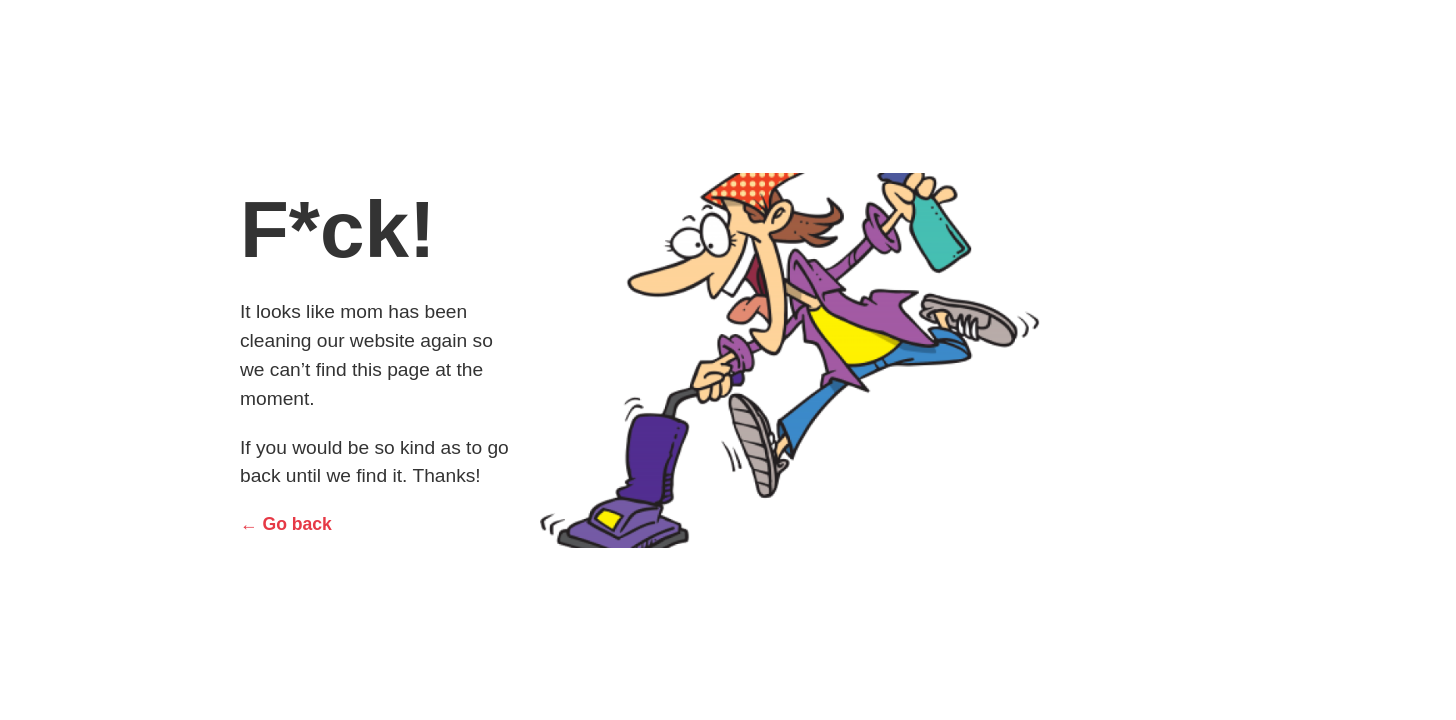
Repository: Davidobi21/macelect
Page: frontend/pages/404.html
An editor plug-in stored every save of this project. The page is shown before and after the next save, followed by the edit.
The browser window is 1280 px wide. The page is 1280 px wide, then 1456 px, so the pictures cover 1456 px, including what lies to the right of the window. The pictures show the whole page.

Above is the page before, as saved 2025-05-01 05:40:43.

After the next save:
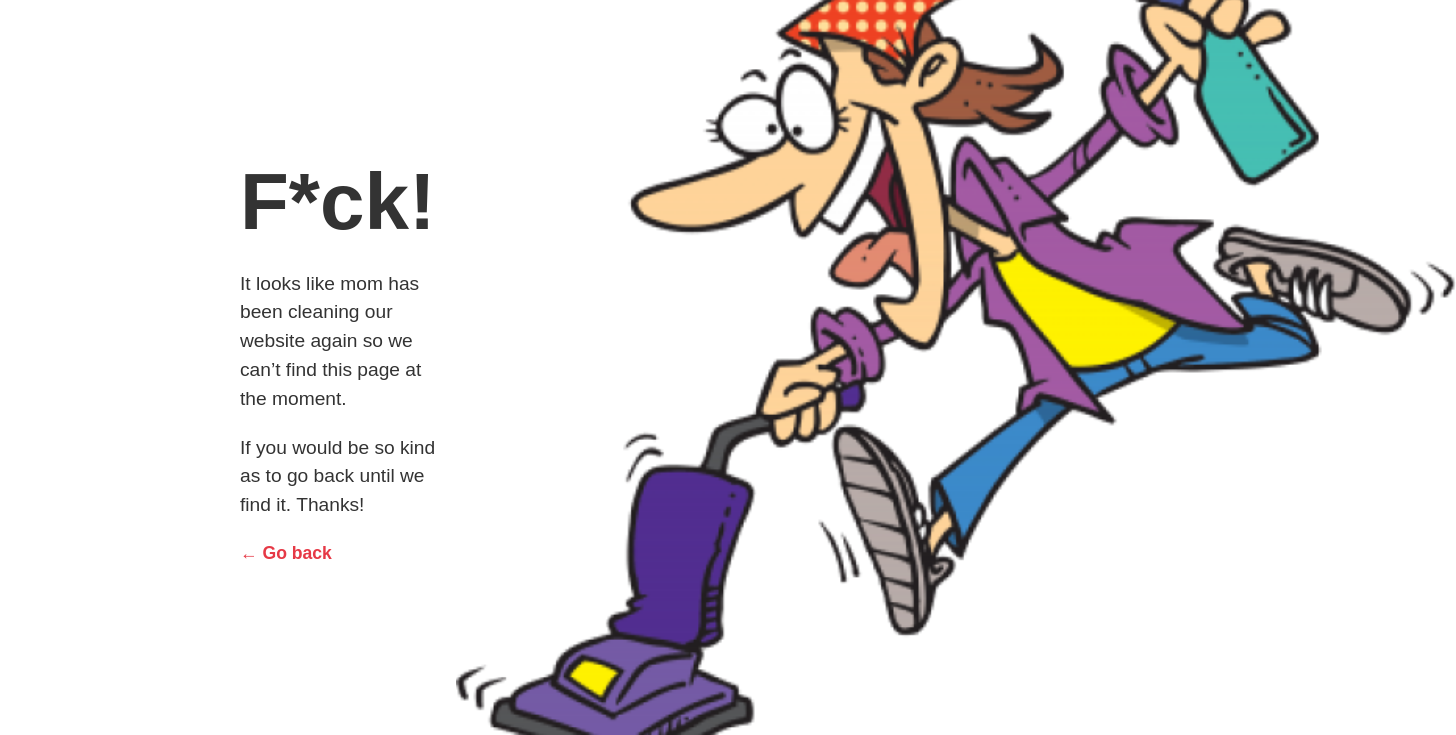
Saved 9 s later.
--- a/frontend/pages/404.html
+++ b/frontend/pages/404.html
@@ -45,7 +45,7 @@
       text-decoration: underline;
     }
     .error-image img {
-      width: 500px; /* Increased width for a larger image */
+      width: 1000px; /* Increased width for a larger image */
       height: auto;
     }
   </style>
